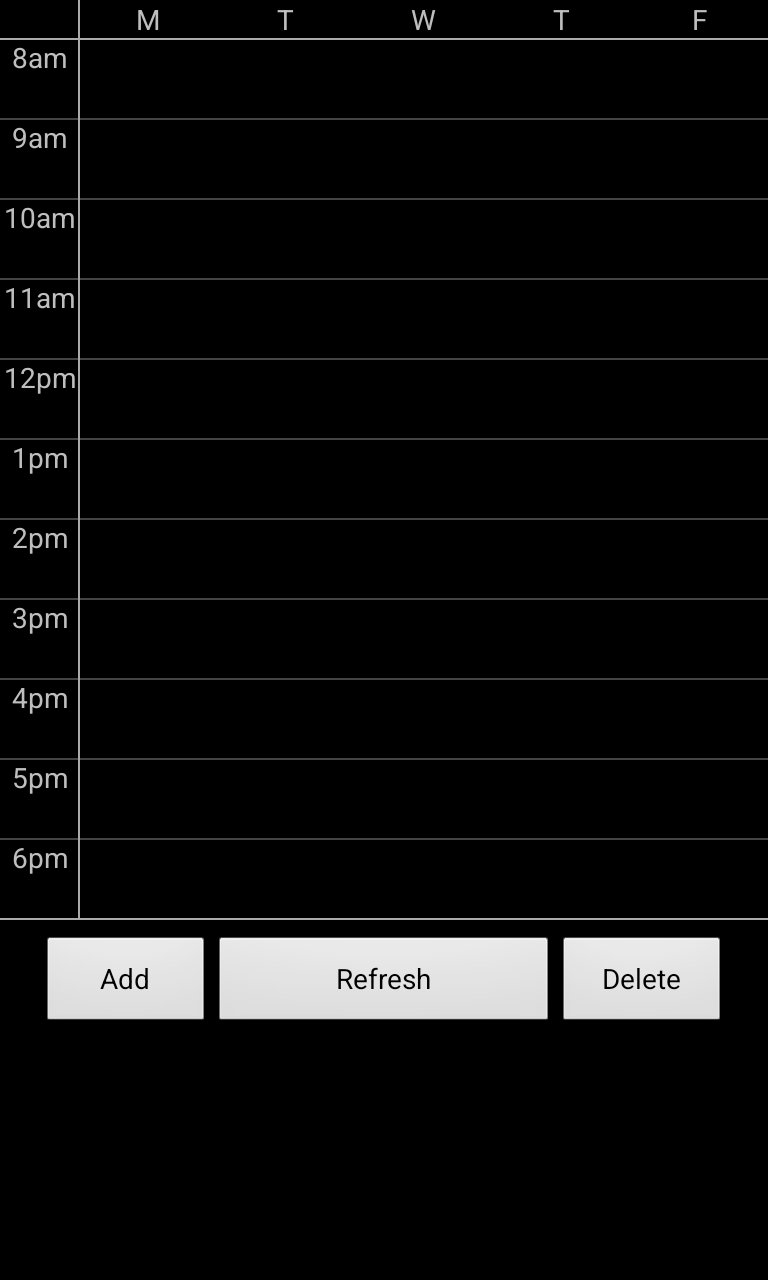
Repository: appsfactory/OfficeHours
Layout: OfficeHoursClient/res/layout/activity_schedule_view.xml
The author's editor kept a copy of each file at every save. The layout is drawn from the files as they stood at one save, then again after the next save.
It is drawn on a 768 x 1280 px phone screen (xhdpi) without system bars, with theme AppTheme; the app's code is not run.

Above is the layout before, as saved 2012-09-27 17:55:11.

After the next save:
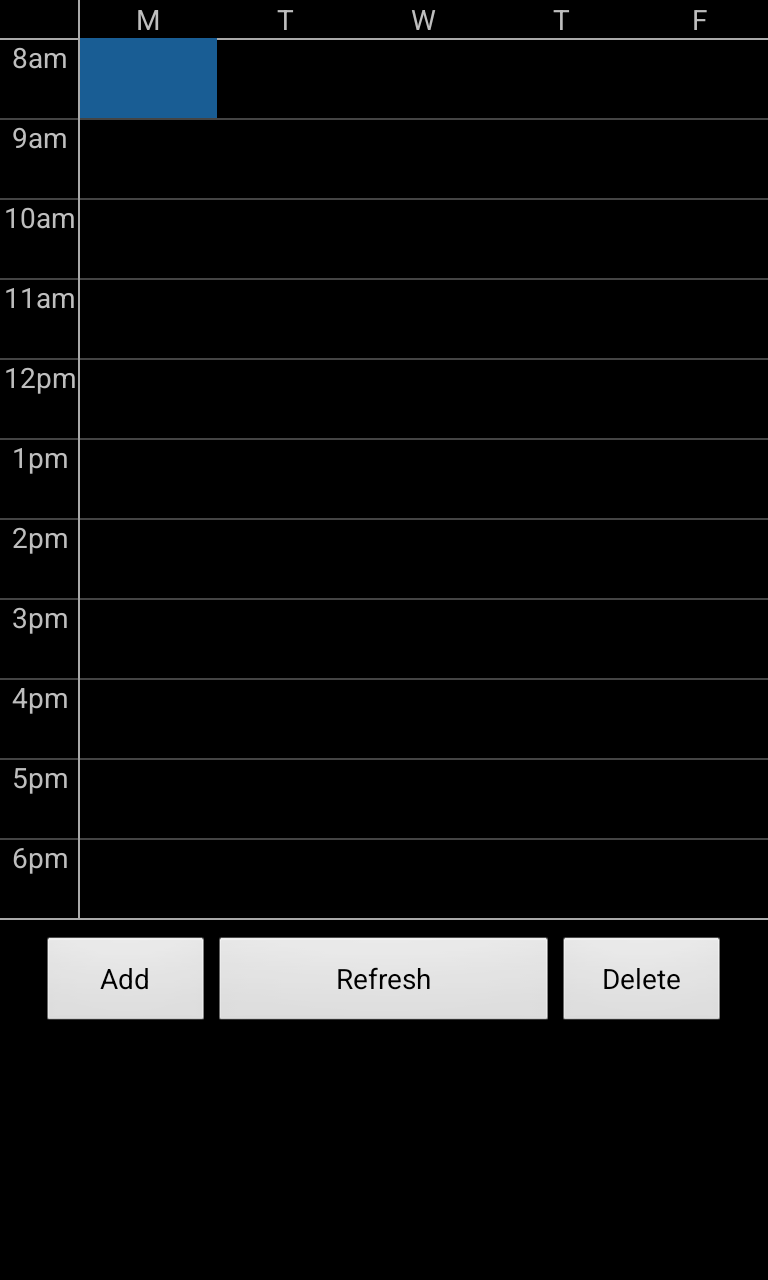
Saved 12 s later.
--- a/OfficeHoursClient/res/layout/activity_schedule_view.xml
+++ b/OfficeHoursClient/res/layout/activity_schedule_view.xml
@@ -237,7 +237,7 @@
                             android:layout_height="match_parent"
                             android:layout_weight="1" >
 
-							<View android:background="#195D94" android:layout_weight=".5" android:layout_height="40dp" android:layout_marginTop="70dp"/>
+							<View android:background="#195D94" android:layout_width = "fill_parent" android:layout_height="40dp" android:layout_marginTop="0dp"/>
 
                         </RelativeLayout>
 
